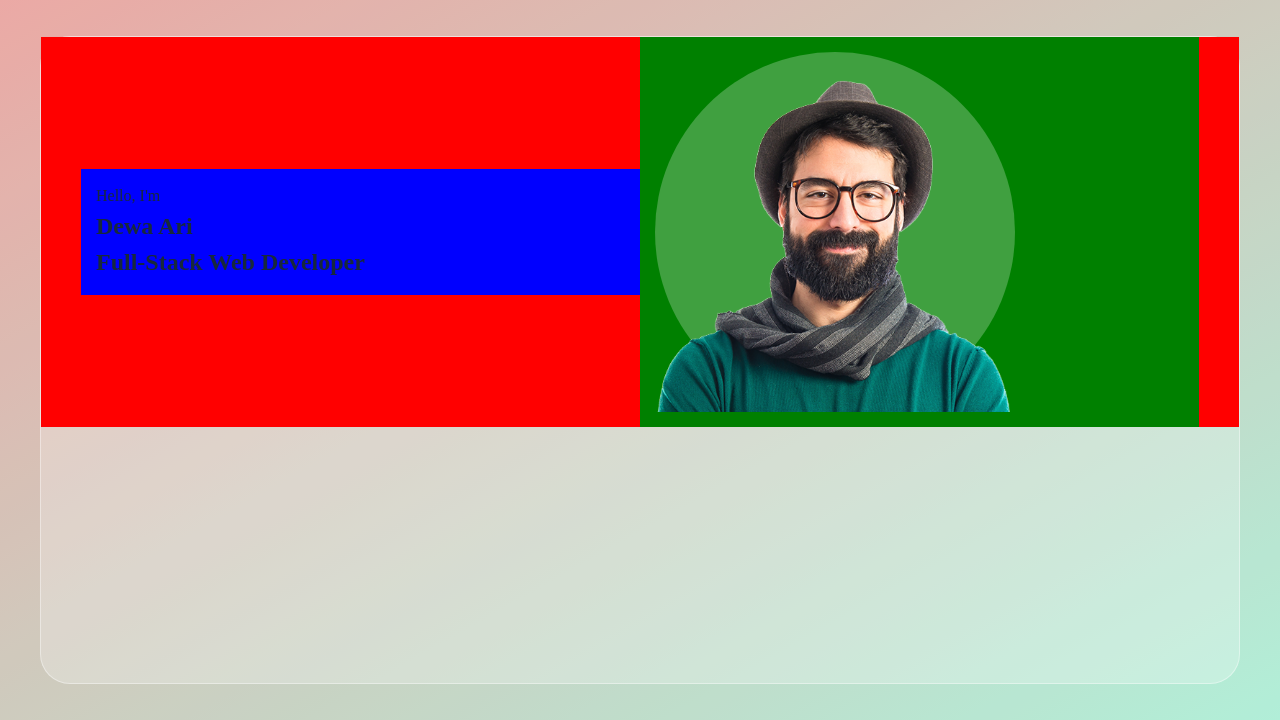
Repository: dewaary/Glassmorp-me
Page: index.html
These files come from the project's save history. The page is drawn as it stood at one moment and after the next save; the edit follows.
The browser window is 1280 px wide. The pictures show the whole page.

Above is the page before, as saved 2021-05-12 22:13:13.

After the next save:
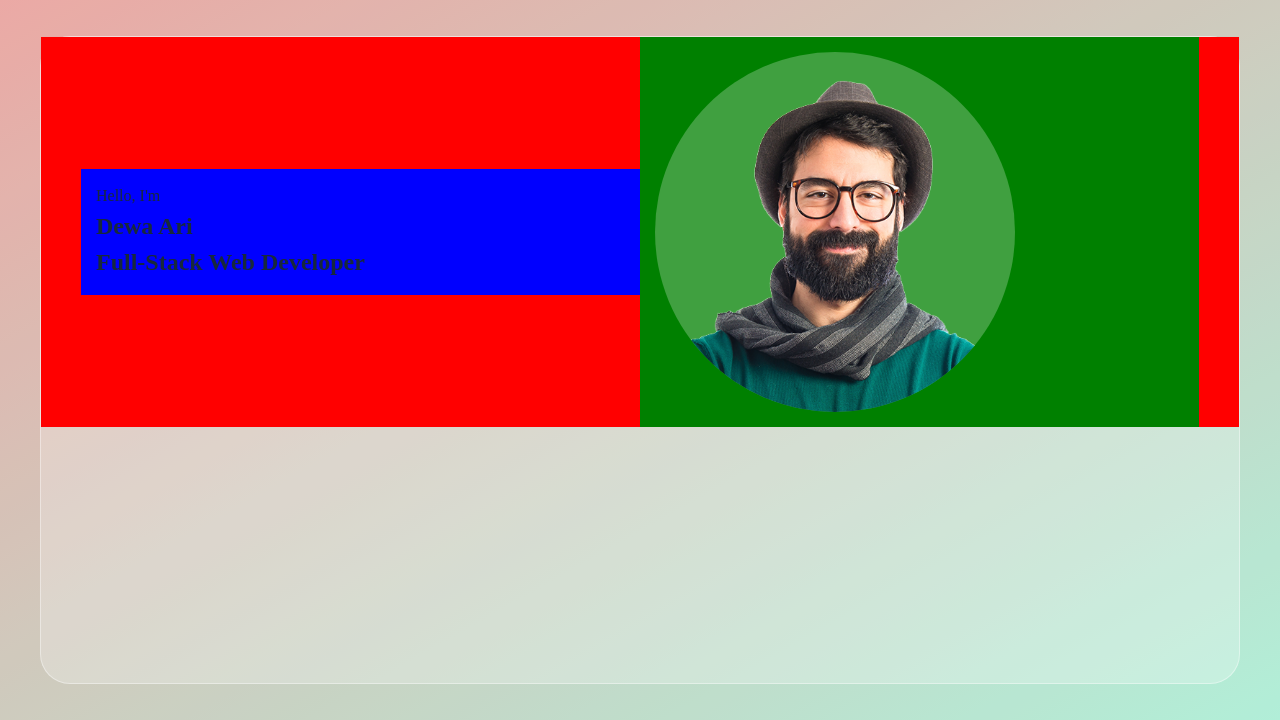
Saved 28 s later.
--- a/style.css
+++ b/style.css
@@ -104,5 +104,6 @@ Home Section */
 }
 
 .home-img .img-box img{
-
+    width: 100%;
+    border-radius: 50%;
 }
